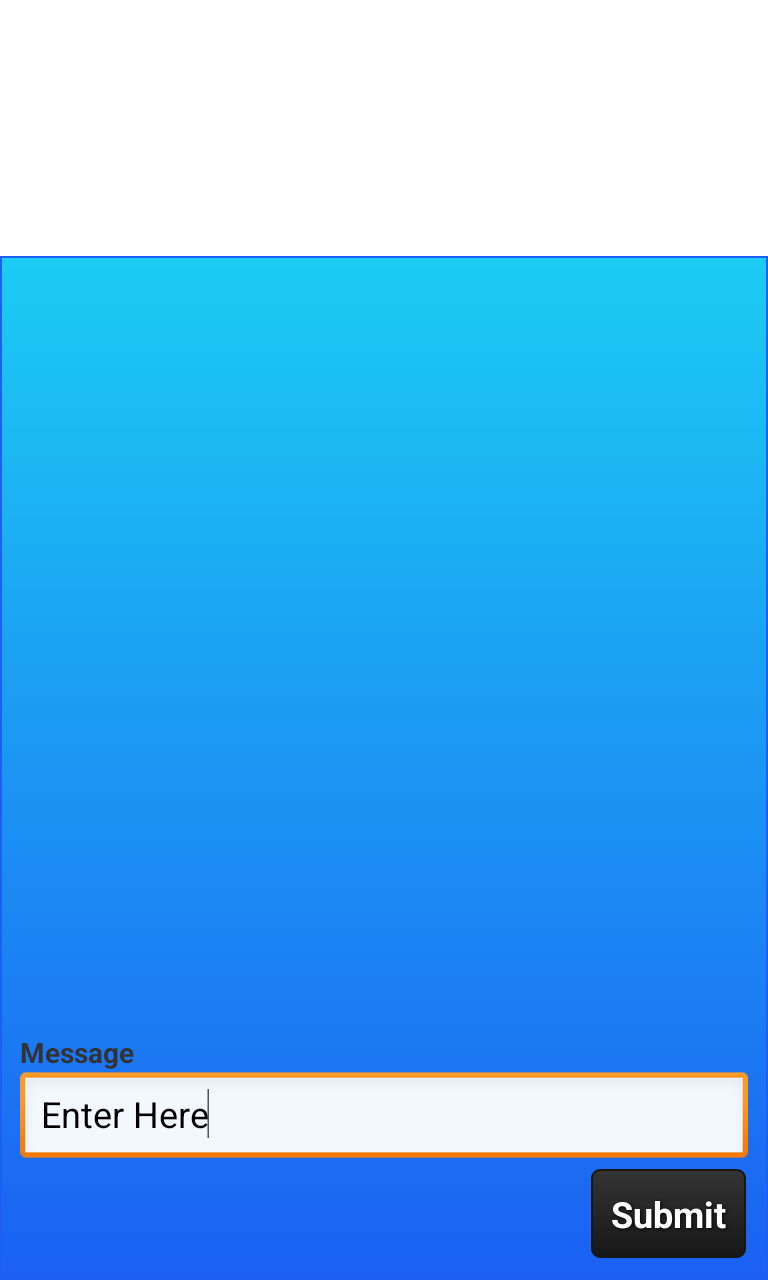
Repository: yuanpeixin/Project
Layout: GameForum/res/layout/add_reply.xml
The author's editor kept a copy of each file at every save. The layout is drawn from the files as they stood at one save, then again after the next save.
It is drawn on a 768 x 1280 px phone screen (xhdpi) without system bars, with theme android:Theme.Translucent; the app's code is not run.

Above is the layout before, as saved 2015-10-07 05:53:07.

### GameForum/res/layout/add_reply.xml
<?xml version="1.0" encoding="utf-8"?>
<LinearLayout xmlns:android="http://schemas.android.com/apk/res/android"
    android:layout_width="match_parent"
    android:layout_height="match_parent"
    android:orientation="vertical"
    android:weightSum="10" >

    <LinearLayout
        android:layout_width="match_parent"
        android:layout_height="match_parent"
        android:layout_weight="8" >
    </LinearLayout>

    <RelativeLayout
        android:layout_width="match_parent"
        android:layout_height="match_parent"
        android:layout_weight="2"
        android:background="@drawable/blue_gradient" >

        <TextView
            android:layout_width="wrap_content"
            android:layout_height="wrap_content"
            android:layout_above="@+id/arET"
            android:layout_alignParentLeft="true"
            android:text="Message"
            android:textColor="#333"
            android:textStyle="bold" />

        <EditText
            android:id="@+id/arET"
            android:layout_width="match_parent"
            android:layout_height="wrap_content"
            android:layout_above="@+id/arSubmit"
            android:ems="10"
            android:inputType="textMultiLine"
            android:text="Enter Here" >

            <requestFocus />
        </EditText>

        <Button
            android:id="@+id/arSubmit"
            style="@style/WhiteText"
            android:layout_width="wrap_content"
            android:layout_height="wrap_content"
            android:layout_alignParentBottom="true"
            android:layout_alignParentRight="true"
            android:background="@drawable/black_button"
            android:text="Submit" />
    </RelativeLayout>

</LinearLayout>

### GameForum/res/drawable-hdpi/blue_gradient.xml
<?xml version="1.0" encoding="utf-8"?>
<selector xmlns:android="http://schemas.android.com/apk/res/android">

    <item android:state_pressed="true"><shape>
            <solid android:color="#1bccf3" />

            <stroke android:width="1dp" android:color="#1b60f3" />

            <padding android:bottom="10dp" android:left="10dp" android:right="10dp" android:top="10dp" />
        </shape></item>
    <item><shape>
            <gradient android:angle="270" android:endColor="#1b60f3" android:startColor="#1bccf3" />

            <stroke android:width="1dp" android:color="#1b60f3" />

            <padding android:bottom="10dp" android:left="10dp" android:right="10dp" android:top="10dp" />
        </shape></item>

</selector>

### GameForum/res/values/styles.xml
<resources>

    <!--
        Base application theme, dependent on API level. This theme is replaced
        by AppBaseTheme from res/values-vXX/styles.xml on newer devices.

    -->
    <style name="AppBaseTheme" parent="android:Theme.Light">
        <!--
            Theme customizations available in newer API levels can go in
            res/values-vXX/styles.xml, while customizations related to
            backward-compatibility can go here.

        -->
    </style>

    <!-- Application theme. -->
    <style name="AppTheme" parent="AppBaseTheme">
        <!-- All customizations that are NOT specific to a particular API-level can go here. -->
    </style>

    <style name="WhiteText">
        <item name="android:layout_width">fill_parent</item>
        <item name="android:layout_height">wrap_content</item>
        <item name="android:textColor">#ffffff</item>
        <item name="android:gravity">center</item>
        <item name="android:layout_margin">1dp</item>
        <item name="android:textSize">18sp</item>
        <item name="android:textStyle">bold</item>
        <item name="android:shadowColor">#000000</item>
        <item name="android:shadowDx">1</item>
        <item name="android:shadowDy">1</item>
        <item name="android:shadowRadius">2</item>
    </style>

    <style name="BlackText">
        <item name="android:layout_width">fill_parent</item>
        <item name="android:layout_height">wrap_content</item>
        <item name="android:textColor">#000000</item>
        <item name="android:gravity">center</item>
        <item name="android:layout_margin">5dp</item>
        <item name="android:textSize">25sp</item>
        <item name="android:textStyle">bold</item>
        <item name="android:shadowColor">#ffffff</item>
        <item name="android:shadowDx">1</item>
        <item name="android:shadowDy">1</item>
        <item name="android:shadowRadius">2</item>
    </style>



</resources>

### GameForum/res/drawable-hdpi/black_button.xml
<?xml version="1.0" encoding="utf-8"?>
<selector xmlns:android="http://schemas.android.com/apk/res/android">

    <item android:state_pressed="true"><shape>
            <solid android:color="#343434" />

            <stroke android:width="1dp" android:color="#171717" />

            <corners android:radius="3dp" />

            <padding android:bottom="10dp" android:left="10dp" android:right="10dp" android:top="10dp" />
        </shape></item>
    <item><shape>
            <gradient android:angle="270" android:endColor="#171717" android:startColor="#343434" />

            <stroke android:width="1dp" android:color="#171717" />

            <corners android:radius="4dp" />

            <padding android:bottom="10dp" android:left="10dp" android:right="10dp" android:top="10dp" />
        </shape></item>

</selector>

After the next save:
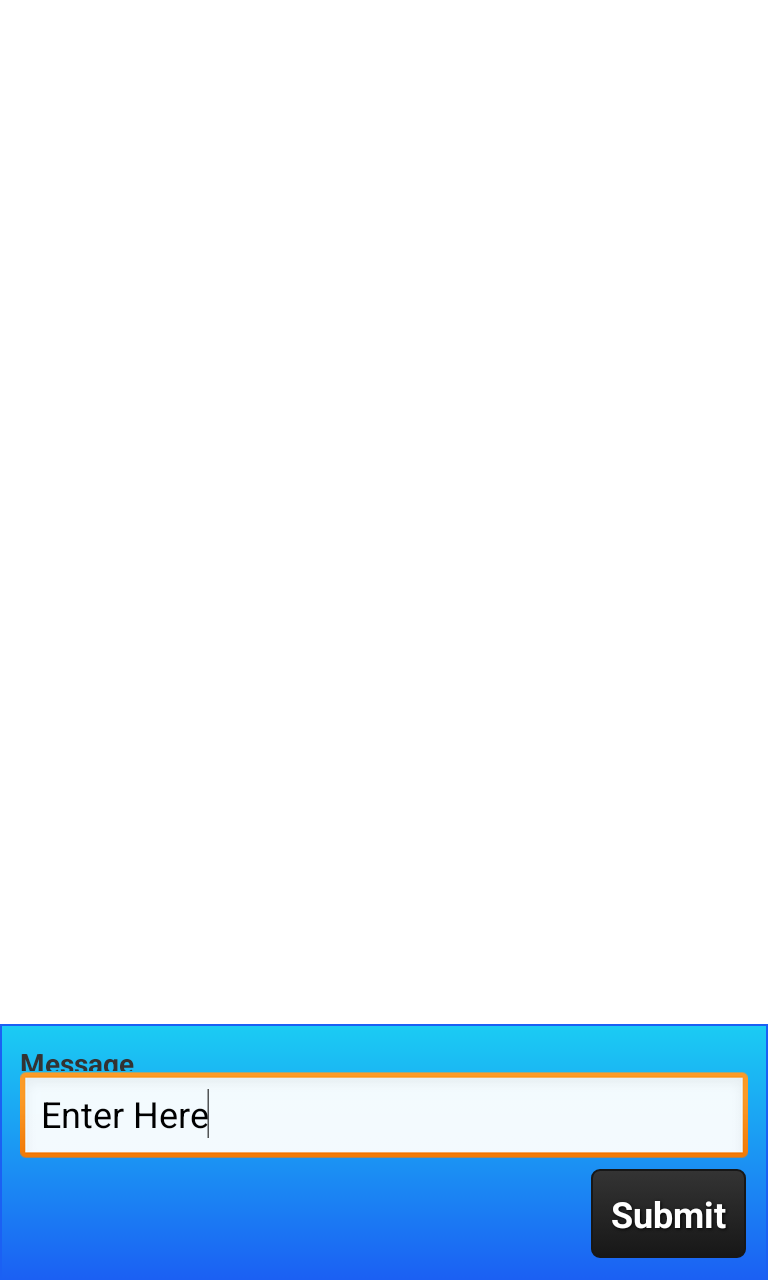
Saved 8 s later.
--- a/GameForum/res/layout/add_reply.xml
+++ b/GameForum/res/layout/add_reply.xml
@@ -8,13 +8,13 @@
     <LinearLayout
         android:layout_width="match_parent"
         android:layout_height="match_parent"
-        android:layout_weight="8" >
+        android:layout_weight="2" >
     </LinearLayout>
 
     <RelativeLayout
         android:layout_width="match_parent"
         android:layout_height="match_parent"
-        android:layout_weight="2"
+        android:layout_weight="8"
         android:background="@drawable/blue_gradient" >
 
         <TextView
